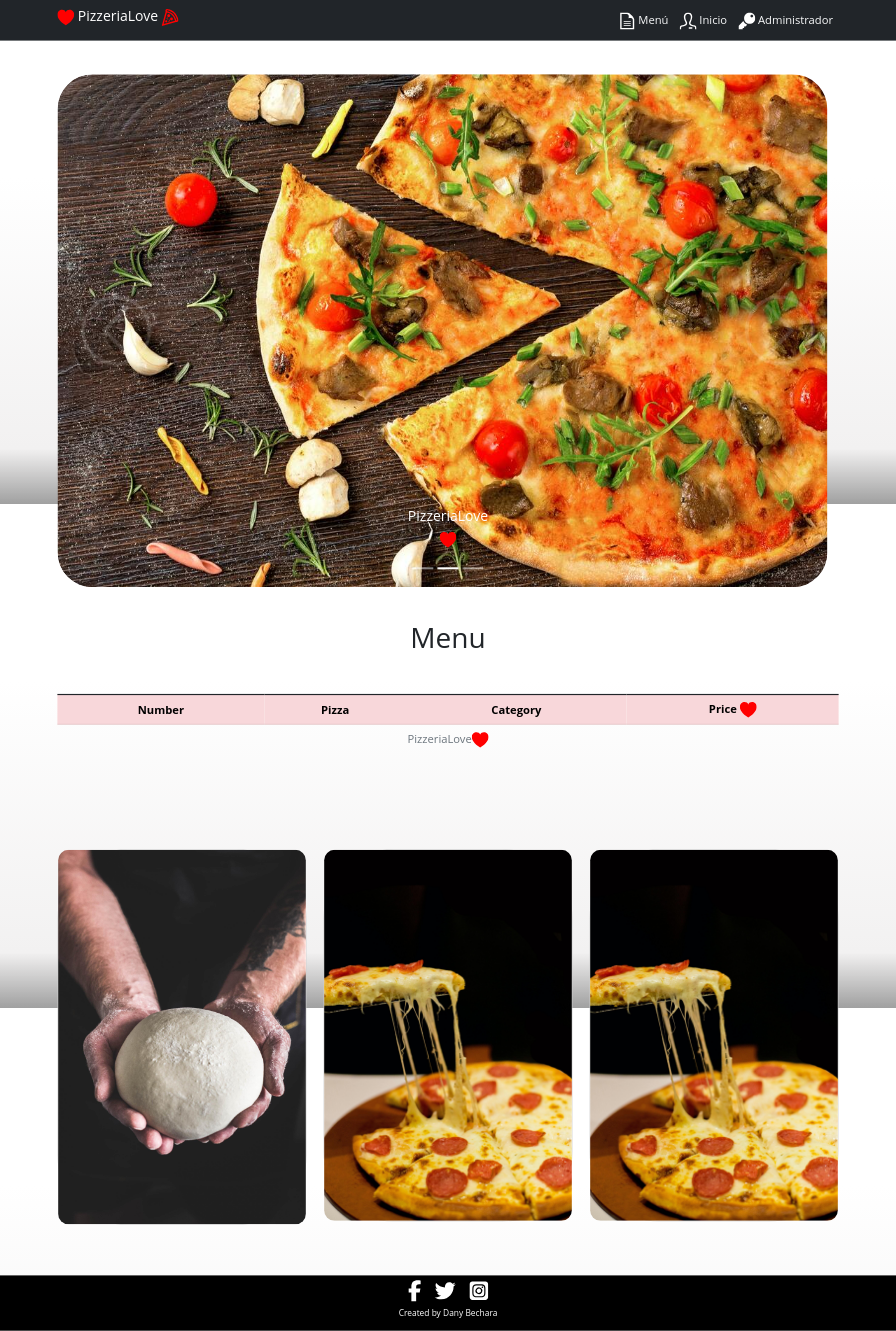
Repository: bechara611/PizzeriaLove
Page: /
An editor plug-in stored every save of this project. The page is shown before and after the next save, followed by the edit.
The browser window is 1280 px wide. The pictures show the whole page, at 70% of full size.
The page's requests for data from a server got no answer. Backgrounds fixed to the window are drawn as part of the page. The project was rebuilt for these pictures with package versions that can differ from the ones it lists, and the page was loaded fresh each time. No one was signed in, and anything a server would have sent is missing. Also part of the build but not shown: src/App.css, src/App.js, src/Componentes/FormularioAgregarMenu.css, src/Elementos/Alerta.js, src/Elementos/AlertaRed.js, src/Componentes/FormularioAgregarMenu.js.

Above is the page before, as saved 2022-02-25 22:22:23.

### src/index.js
import React,{useState} from 'react';
import ReactDOM from 'react-dom';
import './index.css';
import 'bootstrap/dist/css/bootstrap.css'
import 'bootstrap/dist/js/bootstrap.bundle.min';
import Header from './Componentes/Header';
import {BrowserRouter,Route, Routes,NavLink} from 'react-router-dom'
import {App,App2} from './App';
import WebFont from 'webfontloader'
import './index.css'
import Carousel from './Componentes/Carousel';
import Menu from './Componentes/Menu';
import Footer from './Componentes/Footer';
import { FormularioAgregarMenu } from './Componentes/FormularioAgregarMenu';
import Galeria from './Componentes/Galeria';

WebFont.load({
  google: {
    families: ['Open Sans:400,500,700', 'Sans-serif']
  }
});

const Index = () => {
  const [administrador,cambiaradministrador]=useState(false);
  const [admin,cambiaradmin]=useState('');
  return (
  <BrowserRouter>
     <Header administrador={administrador} cambiaradministrador={cambiaradministrador} cambiaradmin={cambiaradmin} admin={admin}></Header>
   {admin==='admin' ? <h2 className='my-5 tittle text-dark text-center'>ADMIN</h2>:<></>}
     <Carousel></Carousel>

    <Routes>
    <Route path='/' element={<Menu borrar={false} />} ></Route>
    <Route path='/administrador' element={<FormularioAgregarMenu />} ></Route>
    <Route path='/inicio' element={<Menu borrar={false} />} ></Route>
    </Routes>


    <Footer></Footer>
    </BrowserRouter>
    );
}


ReactDOM.render(

  <Index />,
  document.getElementById('root')
);

### src/index.css
* {
  margin: 0;
  font-family:'Open Sans';
  /* Permalink - use to edit and share this gradient: https://colorzilla.com/gradient-editor/#ffffff+0,ffffff+100&1+0,0+100;White+to+Transparent */



}


body
{
  background: rgb(255,255,255);
  background: linear-gradient(180deg, rgba(255,255,255,1) 0%, rgba(255,255,255,1) 35%, rgba(242,241,241,1) 89%, rgba(10,10,10,0.38699229691876746) 100%);

  background-attachment:fixed;
}

### src/Componentes/Header.js
import {NavLink} from 'react-router-dom'
import styled from 'styled-components';
import { BotonTipoNavLink,BotonTipoNavLinkA } from '../Elementos/BotonTipoNavLink';
import {Pizza2,Administrador2,Inicio2,Menu2,Contacto2,Heart2}from '../Elementos/ImagenesSVG';
import {App,App2} from './../App';
import './Header.css'


const Header = ({cambiaradministrador,administrador,cambiaradmin}) => {
    let url1,urladmin;
    url1="/inicio";
    urladmin='/administrador'
      return (
        <>

        <nav className="navbar navbar-expand-sm navbar-dark bg-dark  header_nav">
        <div className="container contenedor1 ">
        <div className='hijo1_header'>
         <BotonTipoNavLink to={url1} className="navbar-brand"> <Heart2 / > PizzeriaLove <Pizza2></Pizza2></BotonTipoNavLink>



        </div>
      <div className='hijo2_header'>
        <button
        className="navbar-toggler mt-2"
        type="button"
        data-bs-toggle="collapse"
        data-bs-target="#menu"
        aria-controls="menu"
        aria-expanded="false"
        aria-label="Mostrar / Ocultar Menu"
      >
        <span className="navbar-toggler-icon"></span>
      </button>

      <div className="collapse navbar-collapse" id="menu">
      <ul className="navbar-nav me-auto mb-2 mb-lg-0 header_menu">
      <li className="nav-item opcion"><a href="#menuu" className="nav-link text-light  opcion" onClick={()=>{cambiaradmin('usuario')}}><Menu2></Menu2> Menú</a></li>
        <li className="nav-item"><BotonTipoNavLinkA to={url1} className="nav-link text-light" onClick={()=>{cambiaradmin('usuario')}}><Inicio2/> Inicio</BotonTipoNavLinkA></li>
        <li className="nav-item"><BotonTipoNavLink to={urladmin} className="nav-link text-light" onClick={()=>{cambiaradmin('admin')}}> <Administrador2 /> Administrador</BotonTipoNavLink></li>
      </ul>

    </div>
    </div>
        </div>

      </nav>

      </>
       );
    }

    export default Header;

### src/Componentes/Carousel.js
import { Heart2 } from '../Elementos/ImagenesSVG'
import imagen1 from './../Imagenes/carousel1.jpg'
import imagen2 from './../Imagenes/carousel2.jpg'
import imagen3 from './../Imagenes/carousel3.jpg'
import './Carousel.css'
const Carousel = () => {
    return (

        <>
<section className="main">
  <div className="container">
    <div className="row mt-5">
      <div className="col">
        <div className="carousel slide carousel-fade" id="mi-carousel" data-bs-ride="carousel">
          <div className="carousel-inner">
            <div className="carousel-item active">
            <div className="carousel-caption">
            <h5>PizzeriaLove</h5>
            <p><Heart2></Heart2></p>
          </div>
              <img className="img-fluid" src={imagen1} alt='' />
            </div>

            <div className="carousel-item" data-bs-interval="5000">
              <div className="carousel-caption">
                <h5>PizzeriaLove</h5>
                <p><Heart2></Heart2></p>
              </div>
              <img className="img-fluid" src={imagen2}  alt=''/>
            </div>
            <div className="carousel-item">
            <div className="carousel-caption">
            <h5>PizzeriaLove</h5>
            <p><Heart2></Heart2></p>
          </div>
            <img className="img-fluid" src={imagen3} alt='' />
            </div>
          </div>



          <button
            className="carousel-control-prev botonprev"
            type="button"
            data-bs-target="#mi-carousel"
            data-bs-slide="prev"
          >
            <span className="carousel-control-prev-icon  icono" aria-hidden="true"></span>
            <span className="visually-hidden">Prev</span>
          </button>
          <button
            className="carousel-control-next"
            type="button"
            data-bs-target="#mi-carousel"
            data-bs-slide="next"
          >
            <span className="carousel-control-next-icon icono" aria-hidden="true"></span>
            <span className="visually-hidden">Next</span>
          </button>




          <div className="carousel-indicators">
            <button
              type="button"
              className="active"
              data-bs-target="#mi-carousel"
              data-bs-slide-to="0"
              aria-label="Slide 1"
            ></button>
            <button
              type="button"
              className=""
              data-bs-target="#mi-carousel"
              data-bs-slide-to="1"
              aria-label="Slide 2"
            ></button>
            <button
              type="button"
              className=""
              data-bs-target="#mi-carousel"
              data-bs-slide-to="2"
              aria-label="Slide 3"
            ></button>
          </div>
        </div>
      </div>
    </div>
  </div>

</section>


        </>
     );
}

export default Carousel;

### src/Componentes/Menu.js
import React from 'react'
import { Heart2, Trash2 } from '../Elementos/ImagenesSVG';
import { db } from '../Firebase/FirebaseConfig';
import './Menu.css'
import useObtenerMenu from '../Hooks/useObtenerMenu';
import BorrarDocumento from '../Firebase/Borrar';
import Galeria from './Galeria';

const Menu = ({borrar}) => {
   const [platos,cambiarplatos]=useObtenerMenu();


    return (
        <>
        <div className="container contenedor-tabla">
        <div className="row my-5">

        <div className="col titulo">
        {borrar===true ?   <h1 className=''>Admin, you can delete a plate here:</h1> :    <h1 className=''>Menu</h1>}

        </div>
        </div>
            <div className="row my-5">

             <div className="table-responsive " id='menuu'>
            <table className="table table-hover table" >
            <caption className='captionMenu'>PizzeriaLove<Heart2></Heart2></caption>
             <thead>
             <tr className={borrar===true?'table-success' : 'table-danger'}>
             <th>Number</th>
             <th>Pizza</th>
             <th>Category </th>
             <th>Price <Heart2></Heart2> </th>
             </tr>
             </thead>
             <tbody>
             {
                 platos.map((plato,index)=>{
                     return <React.Fragment key={index}>
                     <tr onClick={()=>{


                     }} >
                     <td>{index +1}</td>
                     <td>{plato.plato}</td>
                     <td>{plato.categorias}</td>
                     {borrar===true ?    <td>{plato.precio}$  <Trash2 onClick={()=>{
                        if (borrar===true) {
                            BorrarDocumento(plato.id)
                         }
                     }}></Trash2> </td> : <td>{plato.precio}</td> }

                     </tr>
                     </React.Fragment>
                 })
             }
             </tbody>
             </table>
            </div>


            </div>
        </div>
        <Galeria></Galeria>
        </>

        )

}

export  default Menu;

### src/Componentes/Footer.js
import styled from "styled-components";
import './Footer.css'
import { FontAwesomeIcon } from '@fortawesome/react-fontawesome'
import { faCoffee } from '@fortawesome/free-solid-svg-icons'
import {  faFacebookF,faInstagramSquare,faTwitter } from '@fortawesome/free-brands-svg-icons';
import useObtenerMenu from "../Hooks/useObtenerMenu";


const Footer = () => {
    let face='https://www.facebook.com';
    let insta='https://www.instagram.com';
    let twitter='https://www.twitter.com';
    let nuevaPestana="_blank"

    return (
        <>
        <div className="container-fluid " >
        <div className="row fila">
        <footer className="col-12 footer">
        <a href={face} target={nuevaPestana} className='face'><FontAwesomeIcon icon={faFacebookF}/></a>
        <a href={twitter} target={nuevaPestana} className='twitter'><FontAwesomeIcon icon={faTwitter}/></a>
        <a href={insta} target={nuevaPestana} className='instagram'><FontAwesomeIcon icon={faInstagramSquare}/></a>

        </footer>
        <p className="col-12">Created by Dany Bechara</p>
        </div>
        </div>
        </>
     );
}

export default Footer;

### src/Componentes/Galeria.js
import React from 'react';
import './Galeria.css'
import  Pizza1 from './../Imagenes/Pizza1.jpg'
import  Pizza2 from './../Imagenes/Pizza2.jpg'
import  Pizza3 from './../Imagenes/Pizza3.jpg'
import  Pizza4 from './../Imagenes/Pizza4.jpg'
import  Pizza5 from './../Imagenes/Pizza5.jpg'
import  Pizza6 from './../Imagenes/Pizza6.jpg'
import  Pizza7 from './../Imagenes/Pizza7.jpg'

import {ReactComponent as Menu} from './../Imagenes/Menu.svg'
const Galeria = () => {
    return (

        <>
        <div className="container   py-5">
    <div className="row my-4 ">
        <div className="col-lg-4">
            <div className="card cardcita">
           < img src={Pizza5} alt="" className="card-img-top cardcitaImagen"></img>
            </div>
        </div>
        <div className="col-lg-4">
            <div className="card cardcita">
           < img src={Pizza2} alt="" className="card-img-top cardcitaImagen"></img>
            </div>
        </div>
        <div className="col-lg-4">
            <div className="card cardcita">
           < img src={Pizza2} alt="" className="card-img-top cardcitaImagen"></img>
            </div>
        </div>
    </div>


        </div>
        </>
     );
}

export default Galeria;

### src/Elementos/BotonTipoNavLink.js
import styled from "styled-components"
import { NavLink } from "react-router-dom"
    const BotonTipoNavLink = styled(NavLink)`
    &:hover
    {
      text-decoration: underline;
      color: black;
    }
    `

    const BotonTipoNavLinkA=styled(BotonTipoNavLink)`
    text-decoration: none;
      color: black;
      cursor:pointer;
    `
    export {BotonTipoNavLink,BotonTipoNavLinkA}

### src/Elementos/ImagenesSVG.js
import styledComponents from 'styled-components';
import {ReactComponent as Pizza} from './../Imagenes/Pizza.svg'
import {ReactComponent as Inicio} from './../Imagenes/Inicio.svg'
import {ReactComponent as Menu} from './../Imagenes/Menu.svg'
import {ReactComponent as Administrador} from './../Imagenes/Administrador.svg'
import {ReactComponent as Contacto} from './../Imagenes/Contacto.svg'
import {ReactComponent as Heart} from './../Imagenes/Heart.svg'
import {ReactComponent as Trash} from './../Imagenes/Trash.svg'
const Pizza2 = styledComponents(Pizza)`
font-size:10px;
z-index: 1;
color:white;
fill:red;

`;
const Inicio2 = styledComponents(Inicio)`
font-size:10px;
z-index: 1;
color:white;
fill:white;

`;
const Menu2 = styledComponents(Menu)`
font-size:10px;
z-index: 1;
color:white;
fill:white;

`;
const Administrador2 = styledComponents(Administrador)`
font-size:10px;
z-index: 1;
color:white;
fill:white;

`;

const Contacto2 = styledComponents(Contacto)`
font-size:10px;
z-index: 1;
color:white;
fill:white;

`;

const Heart2 = styledComponents(Heart)`
font-size:10px;
z-index: 1;
color:white;
fill:red;

`;

const Trash2=styledComponents(Trash)`
fill:blue;
cursor:pointer;
`

export {Pizza2,Administrador2,Inicio2,Menu2, Contacto2,Heart2,Trash2}

### src/Componentes/Header.css

*{
   box-sizing: border-box;
   margin: 0;
   padding: 0;


}
.header_nav2
{
    /* margin-top: -8px; */
    background: -moz-linear-gradient(top,  rgba(211,126,128,1) 0%, rgba(146,171,207,0) 76%, rgba(134,179,222,0) 90%, rgba(125,185,232,0) 100%); /* FF3.6-15 */
background: -webkit-linear-gradient(top,  rgba(211,126,128,1) 0%,rgba(146,171,207,0) 76%,rgba(134,179,222,0) 90%,rgba(125,185,232,0) 100%); /* Chrome10-25,Safari5.1-6 */
background: linear-gradient(to bottom,  rgba(211,126,128,1) 0%,rgba(146,171,207,0) 76%,rgba(134,179,222,0) 90%,rgba(125,185,232,0) 100%); /* W3C, IE10+, FF16+, Chrome26+, Opera12+, Safari7+ */
filter: progid:DXImageTransform.Microsoft.gradient( startColorstr='#d37e80', endColorstr='#007db9e8',GradientType=0 ); /* IE6-9 */


}
body
{
    /* background: url(./../Imagenes/textura.png);
	background-repeat: repeat;
	background-attachment: fixed; */
}

.nav
{


}

.contenedor12
{

    /* min-height: 300px;  */
}

.hijo1_header
{
    align-self: start;
    /* margin-top: 2%; */

}
.hijo2_header
{
    /* margin-top: 2%; */
    align-self: start;
}
.header_menu
{

}

.opcion
{
text-decoration: dotted;
display: inline-block;
opacity: 1;

}



.opcion:hover
{
    text-decoration: underline;
}

.opcion:link
{
color: green;
}

### src/Componentes/Carousel.css
.carousel-inner{border-radius: 50px;}
.carousel-item{border-radius: 50px;}
.img-fluid{border-radius: 50px;}
.icono {
    height: 100px;
    width: 100px;

      /*shape border*/
      border: 5px solid white;
      border-radius: 50%; /*zero for square */
      opacity: 0.3;
      /*symbol */
      color: BLACK;



}
.icono:hover{opacity: 1;}

### src/Firebase/FirebaseConfig.js
import { initializeApp } from "firebase/app";
import { getAnalytics } from "firebase/analytics";
import { getFirestore } from "firebase/firestore";
import { getAuth, createUserWithEmailAndPassword } from "firebase/auth";

const firebaseConfig2 = {
    apiKey: "AIzaSyDhYuWK_8Uy4S-BtkFmFfityIjQnt4M3Is",
    authDomain: "pizzerialove-00.firebaseapp.com",
    projectId: "pizzerialove-00",
    storageBucket: "pizzerialove-00.appspot.com",
    messagingSenderId: "356504995914",
    appId: "1:356504995914:web:c5fee404edbf5f32affeb3",
    measurementId: "G-CK1N9HMEKD"
  };


    const firebaseConfig = {
      apiKey:process.env.REACT_APP_FIREBASE_API_KEY,
      authDomain:process.env.REACT_APP_FIREBASE_AUTH_DOMAIN,
      projectId:process.env.REACT_APP_FIREBASE_PROJECT_ID,
      storageBucket:process.env.REACT_APP_FIREBASE_STORAGE_BUCKET,
      messagingSenderId:process.env.REACT_APP_FIREBASE_MESSAGING_SENDER_ID,
      appId:process.env.REACT_APP_FIREBASE_APP_ID,
      measurementId:process.env.REACT_APP_FIREBASE_MEASUREMENT_ID
    };



// Initialize Firebase
const app = initializeApp(firebaseConfig);
const analytics = getAnalytics(app);
const db= getFirestore();
const auth=getAuth();

export {app,analytics,db,auth};

### src/Componentes/Menu.css
.captionMenu
{
    text-align: center;
}

.titulo{text-align: center;}

td{text-align: center;}
th{text-align: center;}

.basurita{background: black;}

.table-responsive{




    }

### src/Hooks/useObtenerMenu.js
import React,{useEffect,useState} from 'react'
import { db } from '../Firebase/FirebaseConfig';
import { collection,onSnapshot } from 'firebase/firestore';

const useObtenerMenu = () => {
    const [platos,cambiarplatos]=useState([{}])
    useEffect(()=>{

            const FuncionObtenerMenu=onSnapshot(collection(db,'menu'), (snapShot)=>{

               let vectormenu=snapShot.docs.map((documento)=>{
                  // console.log(documento.id)
                    return {...documento.data(),id:documento.id}
                })
              //  console.log(vectormenu);
              cambiarplatos([{}])
                cambiarplatos(vectormenu)
            })




            return FuncionObtenerMenu;
          },[])
          return [platos,cambiarplatos]
}

export default useObtenerMenu;

### src/Firebase/Borrar.js
import { db,app } from './FirebaseConfig'
import {doc,deleteDoc, } from 'firebase/firestore'
const BorrarDocumento =async (id) => {
  try {
  await deleteDoc(doc(db,'menu',id));

   } catch (error) {
    console.log(error)
   }

}

export default BorrarDocumento;

### src/Componentes/Footer.css
.footer
{
    display: flex;
    flex-direction: row;
    justify-content: center;

}
.fila
{
    display: flex;
    justify-content: center;
    text-align: center;
    background: black;
    font-size: 12px;
}
.fila p
{

color: white;
}
.footer a{
    text-decoration: none;
font-size: 30px;
display: inline-block;
color: white;
margin: 0 10px;
}
.face:hover{color: blue;}
.twitter:hover{color: lightblue;}
.instagram:hover{color:#fcaf45}

### src/Componentes/Galeria.css
.cardcita{
   border-radius: 100px;

}

.cardcitaImagen
{
    border-radius: 15px;


}
.fila
{


}

Loaded but not shown: public/index.html (common file)

After the next save:
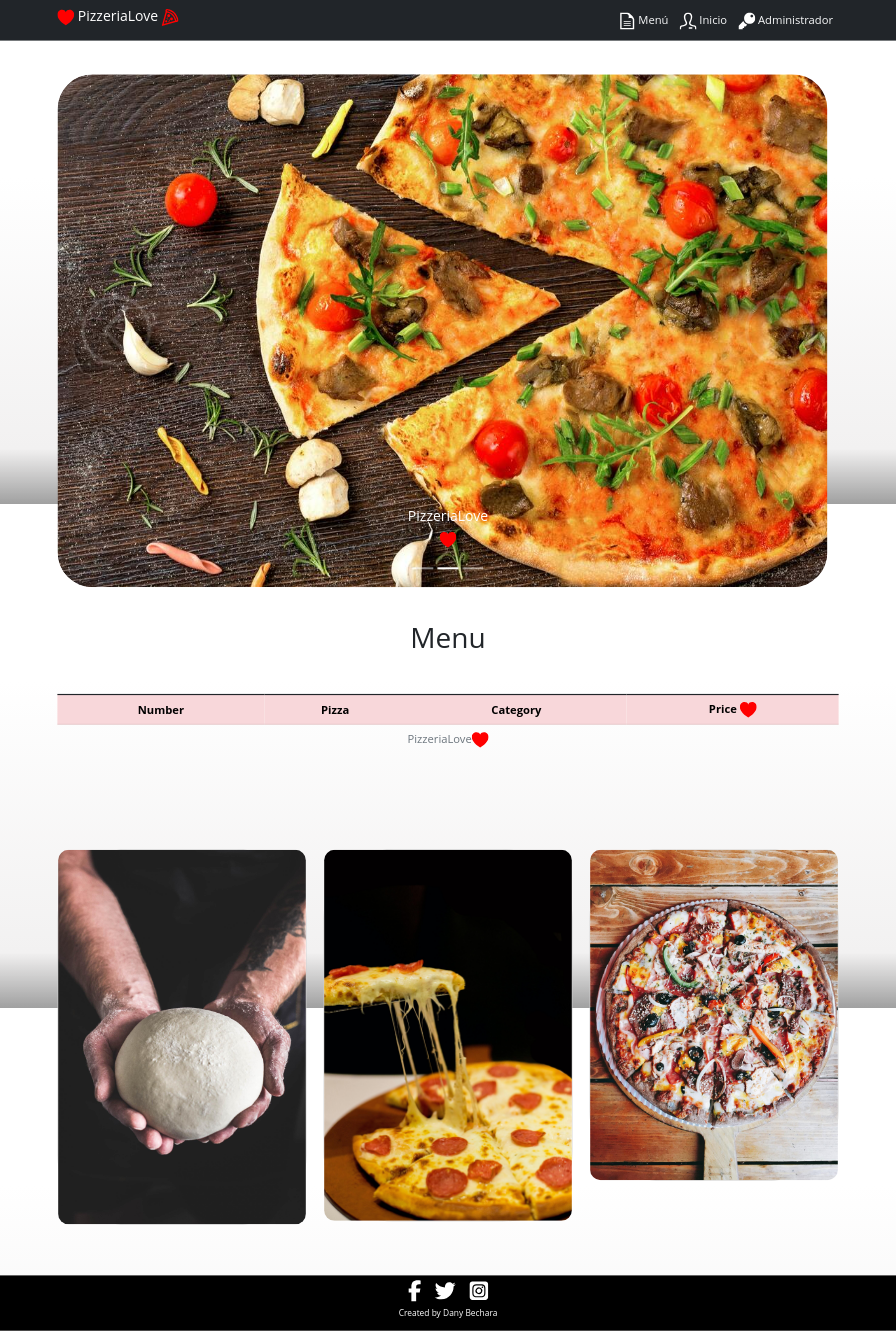
Saved 4 s later.
--- a/src/Componentes/Galeria.js
+++ b/src/Componentes/Galeria.js
@@ -27,7 +27,7 @@ const Galeria = () => {
         </div>
         <div className="col-lg-4">
             <div className="card cardcita">
-           < img src={Pizza2} alt="" className="card-img-top cardcitaImagen"></img>
+           < img src={Pizza3} alt="" className="card-img-top cardcitaImagen"></img>
             </div>
         </div>
     </div>
